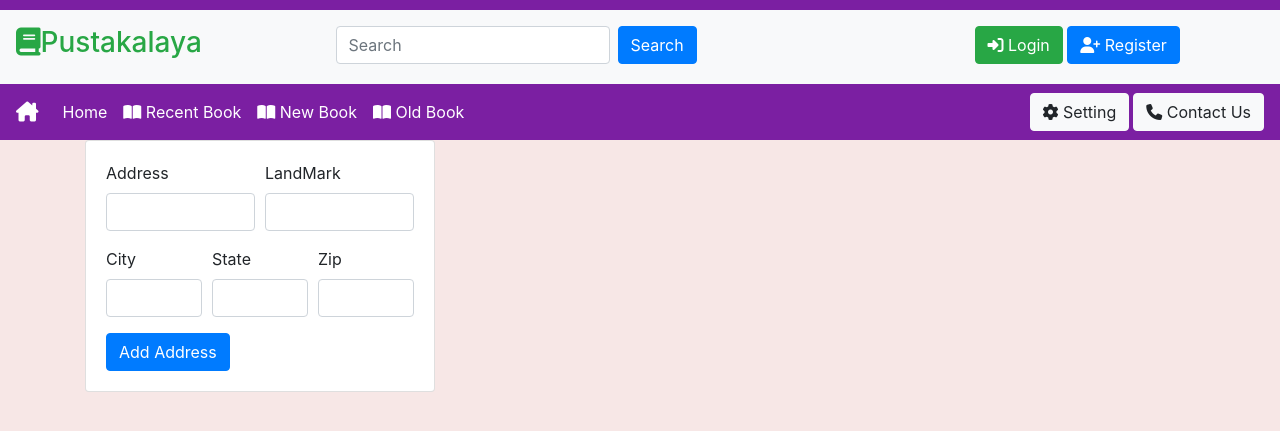
Repository: kalaprabhakar/Pustakalay_Web_Application
Page: http://localhost/E_Book_Management/user_address.jsp
These files come from the project's save history. The page is drawn as it stood at one moment and after the next save; the edit follows.
The browser window is 1280 px wide. The pictures show the whole page.
Some web libraries are served in a nearby version. The page is served by Tomcat 10.

Above is the page before, as saved 2024-02-28 14:52:51.

After the next save:
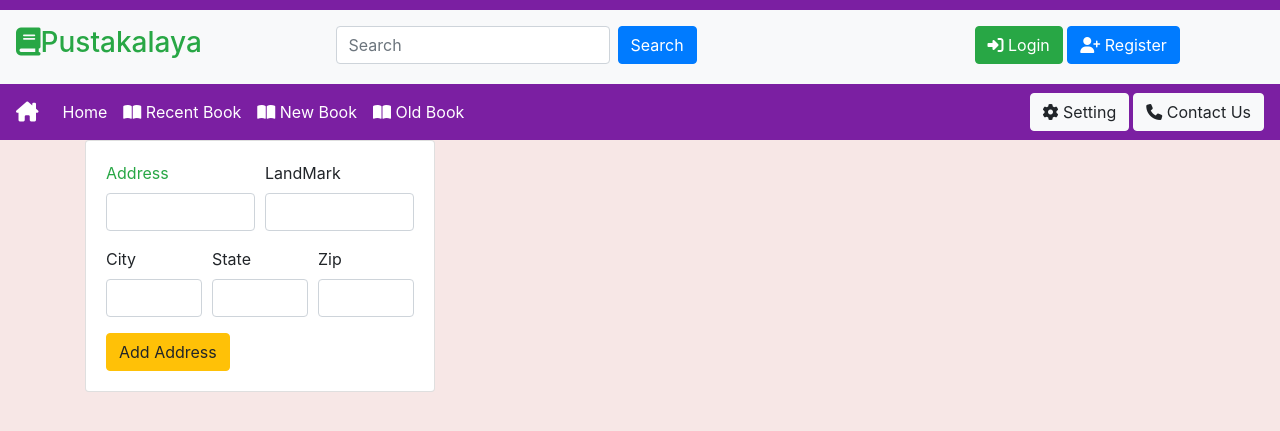
Saved 76 s later.
--- a/E_Book_Management/src/main/webapp/user_address.jsp
+++ b/E_Book_Management/src/main/webapp/user_address.jsp
@@ -18,7 +18,7 @@
 					<div class="card-body">
 						<form method="post" action="">
                              <div class="form-row">
-							<div class="form-group col-md-6">
+							<div class="form-group col-md-6 text-success">
 								<label for="inputPassword4">Address</label> <input type="text"
 									class="form-control" id="inputPassword4">
 							</div>
@@ -44,7 +44,7 @@
 								</div>
 
 							</div>
-							<button type="submit" class="btn btn-primary">Add Address</button>
+							<button type="submit" class="btn btn-warning">Add Address</button>
 						</form>
 
 					</div>
